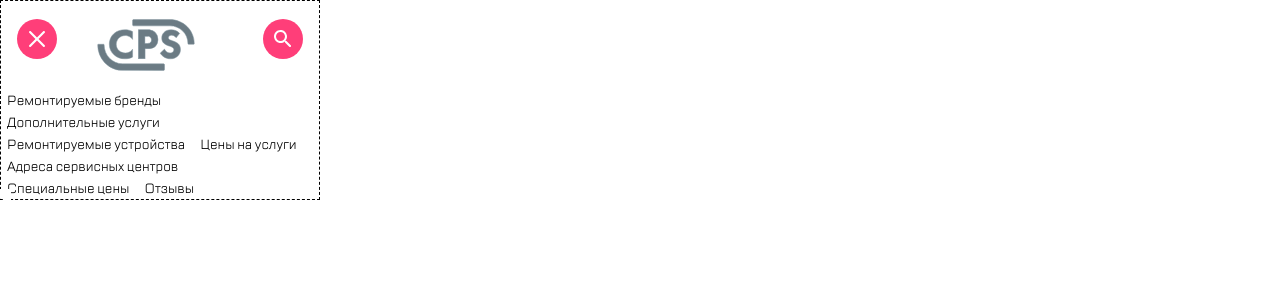
Repository: Dedoxa/Kata-WebCore-
Page: aside.html
These files come from the project's save history. The page is drawn as it stood at one moment and after the next save; the edit follows.
The browser window is 1280 px wide. The pictures show the whole page.

Above is the page before, as saved 2024-05-10 18:02:20.

### aside.html
<!DOCTYPE html>
<html lang="en">
  <head>
    <meta charset="UTF-8" />
    <meta name="viewport" content="width=device-width, initial-scale=1.0" />
    <link rel="stylesheet" href="./aside.css" />
    <title>Kata WebCore 1.4</title>
  </head>
  <body>
    <aside class="aside">
      <div class="aside-header">
        <div class="aside-header__left">
            <a href="#" class="icon">
              <svg
                width="18"
                height="18"
                viewBox="0 0 18 18"
                fill="none"
                xmlns="http://www.w3.org/2000/svg"
              >
                <path
                  fill-rule="evenodd"
                  clip-rule="evenodd"
                  d="M2.79348 1.25712C2.40295 0.866593 1.76979 0.866592 1.37927 1.25712L1.25712 1.37927C0.866592 1.76979 0.866593 2.40296 1.25712 2.79348L7.46364 9L1.25712 15.2065C0.866593 15.597 0.866592 16.2302 1.25712 16.6207L1.37927 16.7429C1.76979 17.1334 2.40295 17.1334 2.79348 16.7429L9 10.5364L15.2065 16.7429C15.597 17.1334 16.2302 17.1334 16.6207 16.7429L16.7429 16.6207C17.1334 16.2302 17.1334 15.597 16.7429 15.2065L10.5364 9L16.7429 2.79348C17.1334 2.40296 17.1334 1.76979 16.7429 1.37927L16.6207 1.25712C16.2302 0.866592 15.597 0.866593 15.2065 1.25712L9 7.46364L2.79348 1.25712Z"
                  fill="white"
                />
              </svg>
            </a>
            <a href="#" class="icon">
              <svg
                width="98"
                height="52"
                viewBox="0 0 98 52"
                fill="none"
                xmlns="http://www.w3.org/2000/svg"
              >
                <path
                  fill-rule="evenodd"
                  clip-rule="evenodd"
                  d="M36.5703 0.592529C36.018 0.592529 35.5703 1.04024 35.5703 1.59253V5.86748C35.5703 6.41977 36.018 6.86748 36.5703 6.86748H72.8973C83.0242 6.86748 90.9777 14.6641 90.9777 24.757C90.9777 25.0425 91.2092 25.274 91.4948 25.274H96.757C97.0425 25.274 97.274 25.0425 97.274 24.757C97.274 11.2677 86.432 0.592529 72.8973 0.592529H36.5703Z"
                  fill="#6B7B84"
                  stroke="#80949F"
                  stroke-width="0.5"
                />
                <path
                  fill-rule="evenodd"
                  clip-rule="evenodd"
                  d="M7.10682 25.7122C7.10682 25.4702 6.91059 25.2739 6.66853 25.2739H1.16436C0.922303 25.2739 0.726074 25.4702 0.726074 25.7122C0.726074 39.3616 10.9493 50.6311 24.1687 51.3686L66.5104 51.4064C67.063 51.4069 67.5113 50.959 67.5113 50.4064V45.8267C67.5113 45.2745 67.0635 44.8267 66.5113 44.8267H25.6265C15.3903 44.7984 7.10682 36.283 7.10682 25.7122Z"
                  fill="#6B7B84"
                  stroke="#80949F"
                  stroke-width="0.5"
                />
                <path
                  fill-rule="evenodd"
                  clip-rule="evenodd"
                  d="M28.1415 39.7924C30.8803 39.7924 33.1616 39.2603 35.4149 38.1655L35.5704 38.0199V30.1855L34.7273 31.2649C33.1049 33.0378 30.9259 34.0137 28.4608 34.0137C23.8692 34.0137 19.2575 31.0459 19.2575 25.3738C19.2575 21.0874 22.4381 16.532 28.2993 16.532C29.4688 16.532 32.313 16.8085 34.7232 19.368L35.5704 20.4117V12.6127L35.4218 12.4653C33.1258 11.3147 30.7843 10.7554 28.1137 10.7554C23.5467 10.7554 19.9821 11.9577 17.1438 14.4289C15.3435 15.9777 12.3408 19.4485 12.3408 25.2923C12.3408 29.6131 13.8793 32.9875 17.1669 35.9144C20.2252 38.5962 23.6163 39.7924 28.1415 39.7924Z"
                  fill="#6B7B84"
                />
                <path
                  d="M28.1415 39.7924C30.8803 39.7924 33.1616 39.2603 35.4149 38.1655L35.5704 38.0199V30.1855L34.7273 31.2649C33.1049 33.0378 30.9259 34.0137 28.4608 34.0137C23.8692 34.0137 19.2575 31.0459 19.2575 25.3738C19.2575 21.0874 22.4381 16.532 28.2993 16.532C29.4688 16.532 32.313 16.8085 34.7232 19.368L35.5704 20.4117V12.6127L35.4218 12.4653C33.1258 11.3147 30.7843 10.7554 28.1137 10.7554C23.5467 10.7554 19.9821 11.9577 17.1438 14.4289C15.3435 15.9777 12.3408 19.4485 12.3408 25.2923C12.3408 29.6131 13.8793 32.9875 17.1669 35.9144C20.2252 38.5962 23.6163 39.7924 28.1415 39.7924"
                  stroke="#80949F"
                  stroke-width="0.5"
                />
                <path
                  fill-rule="evenodd"
                  clip-rule="evenodd"
                  d="M47.9111 17.2888H49.2755C50.5269 17.2888 51.9533 17.3571 53.0328 18.093C53.56 18.4695 54.4445 19.3412 54.4445 20.9246C54.4445 22.0946 53.9274 23.1437 53.0734 23.7984C51.9783 24.5932 50.6768 24.5476 49.6309 24.5476H47.9111V17.2888ZM50.977 29.8179C54.2084 29.8179 56.7377 28.8858 58.4943 27.1298C60.655 24.9735 60.9779 22.0073 60.9779 20.4435C60.9779 18.7703 60.5813 15.5066 57.9212 13.1435C55.7407 11.2328 53.4142 10.7554 50.1324 10.7554H41.3779V39.7924H48.0365V29.8179H50.977Z"
                  fill="#6B7B84"
                />
                <path
                  d="M47.9111 17.2888V17.0388H47.6611V17.2888H47.9111ZM53.0328 18.093L53.1782 17.8895L53.1736 17.8864L53.0328 18.093ZM53.0734 23.7984L53.2203 24.0007L53.2254 23.9968L53.0734 23.7984ZM47.9111 24.5476H47.6611V24.7976H47.9111V24.5476ZM58.4943 27.1298L58.3177 26.9529L58.3175 26.953L58.4943 27.1298ZM57.9212 13.1435L58.0872 12.9566L58.086 12.9555L57.9212 13.1435ZM41.3779 10.7554V10.5054H41.1279V10.7554H41.3779ZM41.3779 39.7924H41.1279V40.0424H41.3779V39.7924ZM48.0365 39.7924V40.0424H48.2865V39.7924H48.0365ZM48.0365 29.8179V29.5679H47.7865V29.8179H48.0365ZM47.9111 17.5388H49.2755V17.0388H47.9111V17.5388ZM49.2755 17.5388C50.5326 17.5388 51.8839 17.6123 52.892 18.2995L53.1736 17.8864C52.0227 17.1019 50.5212 17.0388 49.2755 17.0388V17.5388ZM52.8875 18.2964C53.3751 18.6447 54.1945 19.4495 54.1945 20.9246H54.6945C54.6945 19.233 53.7448 18.2943 53.1782 17.8895L52.8875 18.2964ZM54.1945 20.9246C54.1945 22.0205 53.7107 22.9948 52.9213 23.5999L53.2254 23.9968C54.1441 23.2926 54.6945 22.1687 54.6945 20.9246H54.1945ZM52.9265 23.596C51.9091 24.3345 50.6971 24.2976 49.6309 24.2976V24.7976C50.6564 24.7976 52.0475 24.8519 53.2202 24.0007L52.9265 23.596ZM49.6309 24.2976H47.9111V24.7976H49.6309V24.2976ZM48.1611 24.5476V17.2888H47.6611V24.5476H48.1611ZM50.977 30.0679C54.2568 30.0679 56.8563 29.1207 58.671 27.3066L58.3175 26.953C56.6191 28.6509 54.1599 29.5679 50.977 29.5679V30.0679ZM58.6709 27.3068C60.9029 25.0793 61.2279 22.0287 61.2279 20.4435H60.7279C60.7279 21.9859 60.407 24.8678 58.3177 26.9529L58.6709 27.3068ZM61.2279 20.4435C61.2279 18.7422 60.8263 15.3898 58.0872 12.9566L57.7552 13.3304C60.3363 15.6233 60.7279 18.7983 60.7279 20.4435H61.2279ZM58.086 12.9555C55.84 10.9874 53.4417 10.5054 50.1324 10.5054V11.0054C53.3867 11.0054 55.6415 11.4782 57.7564 13.3315L58.086 12.9555ZM50.1324 10.5054H41.3779V11.0054H50.1324V10.5054ZM41.1279 10.7554V39.7924H41.6279V10.7554H41.1279ZM41.3779 40.0424H48.0365V39.5424H41.3779V40.0424ZM48.2865 39.7924V29.8179H47.7865V39.7924H48.2865ZM48.0365 30.0679H50.977V29.5679H48.0365V30.0679Z"
                  fill="#80949F"
                />
                <path
                  fill-rule="evenodd"
                  clip-rule="evenodd"
                  d="M80.953 24.4687C79.5053 23.1861 77.4846 22.4425 75.1911 21.6713C73.5569 21.1027 72.6565 20.7894 72.0562 20.2421C71.5824 19.8399 71.3712 19.4033 71.3712 18.8262C71.3712 17.5622 72.2301 16.2113 74.6414 16.2113C76.2801 16.2113 77.6521 16.912 78.7197 18.293L79.1435 18.8414L82.6597 14.3656L82.3392 14.0445C80.1886 11.8924 77.3548 10.7554 74.1439 10.7554C67.6657 10.7554 64.7658 14.9699 64.7658 19.1468C64.7658 21.3882 65.5651 23.196 67.1367 24.5175C68.5437 25.7234 70.2595 26.3991 71.9054 26.9507L72.0914 27.0123C73.553 27.4954 75.0646 27.9954 75.9674 28.8034C76.5955 29.3805 76.8754 30.0076 76.8754 30.8367C76.8754 32.7368 75.379 34.0137 73.152 34.0137C71.3916 34.0137 69.0735 33.1508 67.8471 30.7296L67.5263 30.0953L63.1558 34.1411L63.4135 34.5056C64.8079 36.4801 67.9545 39.7924 73.3594 39.7924C79.3191 39.7924 83.4817 35.9608 83.4817 30.4751C83.4817 27.3374 82.1051 25.4752 80.953 24.4687Z"
                  fill="#6B7B84"
                />
                <path
                  d="M80.953 24.4687C79.5053 23.1861 77.4846 22.4425 75.1911 21.6713C73.5569 21.1027 72.6565 20.7894 72.0562 20.2421C71.5824 19.8399 71.3712 19.4033 71.3712 18.8262C71.3712 17.5622 72.2301 16.2113 74.6414 16.2113C76.2801 16.2113 77.6521 16.912 78.7197 18.293L79.1435 18.8414L82.6597 14.3656L82.3392 14.0445C80.1886 11.8924 77.3548 10.7554 74.1439 10.7554C67.6657 10.7554 64.7658 14.9699 64.7658 19.1468C64.7658 21.3882 65.5651 23.196 67.1367 24.5175C68.5437 25.7234 70.2595 26.3991 71.9054 26.9507L72.0914 27.0123C73.553 27.4954 75.0646 27.9954 75.9674 28.8034C76.5955 29.3805 76.8754 30.0076 76.8754 30.8367C76.8754 32.7368 75.379 34.0137 73.152 34.0137C71.3916 34.0137 69.0735 33.1508 67.8471 30.7296L67.5263 30.0953L63.1558 34.1411L63.4135 34.5056C64.8079 36.4801 67.9545 39.7924 73.3594 39.7924C79.3191 39.7924 83.4817 35.9608 83.4817 30.4751C83.4817 27.3374 82.1051 25.4752 80.953 24.4687"
                  stroke="#80949F"
                  stroke-width="0.5"
                />
              </svg>
            </a>
        </div>
        <div class="aside-header__right">
            <a href="#" class="icon">
              <svg
                width="18"
                height="18"
                viewBox="0 0 18 18"
                fill="none"
                xmlns="http://www.w3.org/2000/svg"
              >
                <path
                  fill-rule="evenodd"
                  clip-rule="evenodd"
                  d="M12.5006 11.0006H11.7106L11.4306 10.7306C12.6306 9.33063 13.2506 7.42063 12.9106 5.39063C12.4406 2.61063 10.1206 0.390626 7.32063 0.0506256C3.09063 -0.469374 -0.469374 3.09063 0.0506256 7.32063C0.390626 10.1206 2.61063 12.4406 5.39063 12.9106C7.42063 13.2506 9.33063 12.6306 10.7306 11.4306L11.0006 11.7106V12.5006L15.2606 16.7506C15.6706 17.1606 16.3306 17.1606 16.7406 16.7506L16.7506 16.7406C17.1606 16.3306 17.1606 15.6706 16.7506 15.2606L12.5006 11.0006ZM6.50063 11.0006C4.01063 11.0006 2.00063 8.99063 2.00063 6.50063C2.00063 4.01063 4.01063 2.00063 6.50063 2.00063C8.99063 2.00063 11.0006 4.01063 11.0006 6.50063C11.0006 8.99063 8.99063 11.0006 6.50063 11.0006Z"
                  fill="white"
                />
              </svg>
            </a>
        </div>
      </div>
      <div class="bookmark-menu">
        <button
          href="#"
          class="bookmark-menu__bookmark bookmark-menu__bookmark--focus"
        >
          Ремонтируемые бренды
        </button>
        <button href="#" class="bookmark-menu__bookmark">
          Дополнительные услуги
        </button>
        <button href="#" class="bookmark-menu__bookmark">
          Ремонтируемые устройства
        </button>
        <button href="#" class="bookmark-menu__bookmark">Цены на услуги</button>
        <button href="#" class="bookmark-menu__bookmark">
          Адреса сервисных центров
        </button>
        <button href="#" class="bookmark-menu__bookmark">
          Специальные цены
        </button>
        <button href="#" class="bookmark-menu__bookmark">Отзывы</button>
      </div>
      <div class="aside-footer">
        <div class="aside-footer__icons">
            <a href="#" class="icon">
                <svg
                  width="18"
                  height="18"
                  viewBox="0 0 18 18"
                  fill="none"
                  xmlns="http://www.w3.org/2000/svg"
                >
                  <path
                    fill-rule="evenodd"
                    clip-rule="evenodd"
                    d="M1.76019 12.25L4.30019 11.96C4.91019 11.89 5.51019 12.1 5.94019 12.53L7.78019 14.37C10.6102 12.93 12.9302 10.62 14.3702 7.78L12.5202 5.93C12.0902 5.5 11.8802 4.9 11.9502 4.29L12.2402 1.77C12.3602 0.76 13.2102 0 14.2302 0H15.9602C17.0902 0 18.0302 0.94 17.9602 2.07C17.4302 10.61 10.6002 17.43 2.07019 17.96C0.940193 18.03 0.00019455 17.09 0.00019455 15.96V14.23C-0.00980568 13.22 0.750193 12.37 1.76019 12.25Z"
                    fill="white"
                  />
                </svg>
              </a>
              <a href="#" class="icon">
                <svg
                  width="20"
                  height="20"
                  viewBox="0 0 20 20"
                  fill="none"
                  xmlns="http://www.w3.org/2000/svg"
                >
                  <path
                    fill-rule="evenodd"
                    clip-rule="evenodd"
                    d="M18 0H2C0.9 0 0.01 0.9 0.01 2L0 20L4 15H18C19.1 15 20 14.1 20 13V2C20 0.9 19.1 0 18 0ZM11 11H5C4.45 11 4 10.55 4 10C4 9.45 4.45 9 5 9H11C11.55 9 12 9.45 12 10C12 10.55 11.55 11 11 11ZM15 6H5C4.45 6 4 5.55 4 5C4 4.45 4.45 4 5 4H15C15.55 4 16 4.45 16 5C16 5.55 15.55 6 15 6Z"
                    fill="white"
                  />
                </svg>
              </a>
              <a href="#" class="icon">
                <svg
                  width="20"
                  height="18"
                  viewBox="0 0 20 18"
                  fill="none"
                  xmlns="http://www.w3.org/2000/svg"
                >
                  <path
                    d="M10.5 9C12.9853 9 15 6.98528 15 4.5C15 2.01472 12.9853 0 10.5 0C8.01472 0 6 2.01472 6 4.5C6 6.98528 8.01472 9 10.5 9Z"
                    fill="white"
                  />
                  <path
                    d="M0.0165859 16.6118C-0.113065 17.3412 0.535191 18 1.33903 18H18.6604C19.4902 18 20.1125 17.3412 19.9829 16.6118C19.2309 12.4 15.0561 10 9.99973 10C4.94333 10 0.768563 12.4 0.0165859 16.6118Z"
                    fill="white"
                  />
                </svg>
              </a>
        </div>
        <div class="contacts"></div>
        <div class="lang-switch"></div>
      </div>
    </aside>
  </body>
</html>

### aside.css
/* Добавление шрифта */
@font-face {
  font-family: "TT Lakes Regular";
  src: url(fonts/TTLakes/Regular/TTLakes-Regular.eot);
  src: url(fonts/TTLakes/Regular/TTLakes-Regular.eot?#iefix)
      format("embedded-opentype"),
    url(fonts/TTLakes/Regular/TTLakes-Regular.woff) format("woff"),
    url(fonts/TTLakes/Regular/TTLakes-Regular.ttf) format("truetype");
  font-weight: normal;
  font-style: normal;
}

@font-face {
  font-family: "TT Lakes Bold";
  src: url(fonts/TTLakes/Bold/TTLakes-Bold.eot);
  src: url(fonts/TTLakes/Bold/TTLakes-Bold.eot?#iefix)
      format("embedded-opentype"),
    url(fonts/TTLakes/Bold/TTLakes-Bold.woff) format("woff"),
    url(fonts/TTLakes/Bold/TTLakes-Bold.ttf) format("truetype");
  font-weight: normal;
  font-style: normal;
}

@font-face {
  font-family: "TT Lakes Medium";
  src: url(fonts/TTLakes/Medium/TTLakes-Medium.eot);
  src: url(fonts/TTLakes/Medium/TTLakes-Medium.eot?#iefix)
      format("embedded-opentype"),
    url(fonts/TTLakes/Medium/TTLakes-Medium.woff) format("woff"),
    url(fonts/TTLakes/Medium/TTLakes-Medium.ttf) format("truetype");
  font-weight: normal;
  font-style: normal;
}

html {
  box-sizing: border-box;
  font-family: "TT Lakes Regular", Times, serif;
}

*,
*:before,
*:after {
  box-sizing: inherit;
}

body,
html,
h1,
h2,
p {
  margin: 0;
  padding: 0;
}

button {
  border: none;
  background-color: transparent;
}

svg {
  position: absolute;
  top: 50%;
  left: 50%;
  transform: translate(-50%, -50%);
}

.aside {
  width: 320px;
  /* min-height: 1024px; */
  border: 1px dashed black;
}

.aside-header {
  display: flex;
  justify-content: space-between;
  background-color: #ffffff;
  padding-top: 18px;
  padding-bottom: 18px;
  padding-right: 16px;
  padding-left: 16px;
}

.aside-header__left,
.aside-header__right {
  display: flex;
  flex: 0 1 auto;
  gap: 40px;
}

.icon {
  flex: 0 0 auto;
  position: relative;
  width: 40px;
  height: 40px;
  background-color: #ff3e79;
  border-radius: 50%;
}

.icon:nth-child(2) {
  background-color: transparent;
  width: 98px;
  height: 52px;
}

.title {
  display: flex;
}

.title__heading {
  font-family: "TT Lakes Bold";
  font-size: 28px;
  color: #1b1c21;
}

.title__heading:before {
  content: "";
  display: block;
  position: absolute;
  left: -4px;
  width: 8px;
  height: 40px;
  border-radius: 10px;
  background-color: #41f6d7;
}

.bookmark-menu {
  display: block;
}

.bookmark-menu__bookmark {
  font-family: "TT Lakes Regular", Times, serif;
  vertical-align: middle;
}

.aside-footer {

}

After the next save:
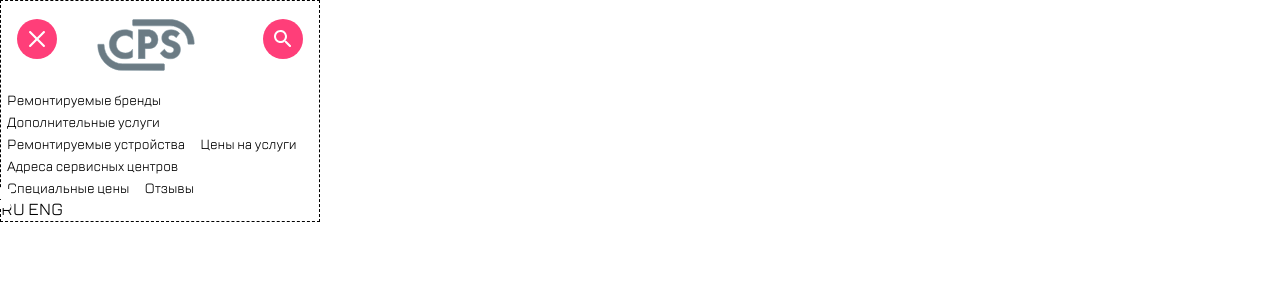
Saved 65 s later.
--- a/aside.html
+++ b/aside.html
@@ -180,7 +180,11 @@
               </a>
         </div>
         <div class="contacts"></div>
-        <div class="lang-switch"></div>
+        <div class="lang-switch">
+            <span>RU</span>
+            <span>ENG</span>
+            <span></span>
+        </div>
       </div>
     </aside>
   </body>
